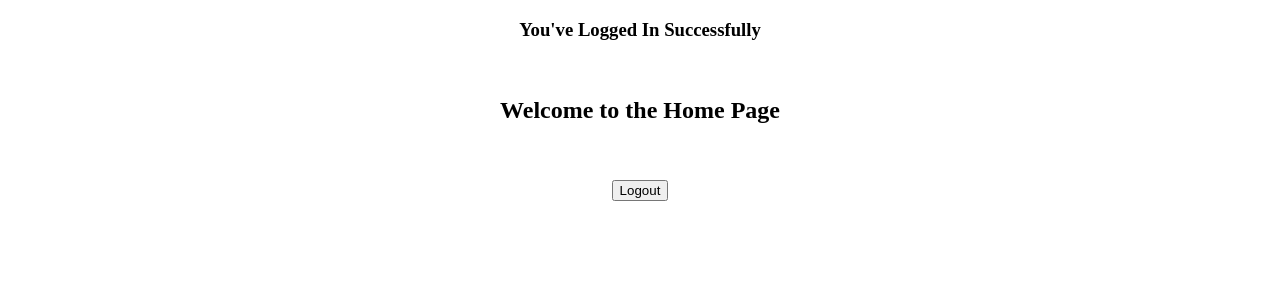
Repository: msibgathulla9980/Servlet
Page: ServletJdbcApp/WebContent/Welcome.html
The author's editor kept a copy of each file at every save. The page is drawn from the files as they stood at one save, then again after the next save.
The browser window is 1280 px wide. The pictures show the whole page.

Above is the page before, as saved 2019-01-24 04:52:42.

### ServletJdbcApp/WebContent/Welcome.html
<!DOCTYPE html>
<html>
<head>
<meta charset="UTF-8">
<title>Insert title here</title>
</head>
<body>
<center>
<h3>You've Logged In Successfully</h3><br>
<h2>Welcome to the Home Page</h2><br><br>
<a href="logout.html" ><input type="submit" value="Logout"></a>
</center>
</body>
</html>

After the next save:
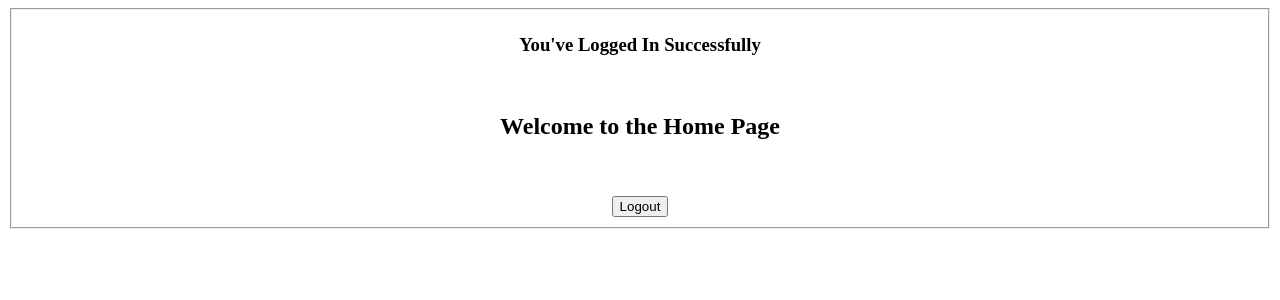
Saved 57 s later.
--- a/ServletJdbcApp/WebContent/Welcome.html
+++ b/ServletJdbcApp/WebContent/Welcome.html
@@ -5,6 +5,7 @@
 <title>Insert title here</title>
 </head>
 <body>
+<fieldset>
 <center>
 <h3>You've Logged In Successfully</h3><br>
 <h2>Welcome to the Home Page</h2><br><br>
